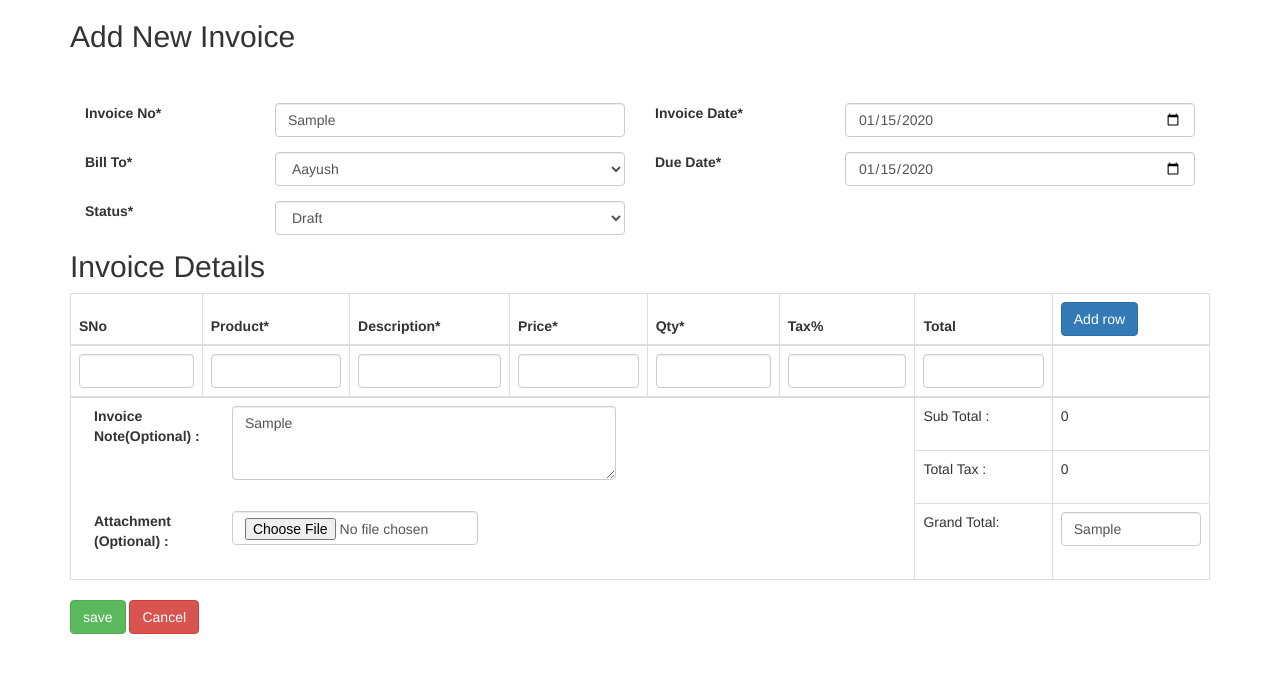
Repository: Aayush13013/Invoice_Management_app
Page: http://localhost/invoiceInfo/WEB-INF/jsp/new_invoiceInfo.jsp
The author's editor kept a copy of each file at every save. The page is drawn from the files as they stood at one save, then again after the next save.
The browser window is 1280 px wide. The pictures show the whole page.
Empty fields were first filled with sample values (such as "Sample", 5 or name@example.com).
After loading, the first visible `input.btn` was clicked once.
The page is served by Tomcat 9. Nobody is signed in. Other server files are loaded and not shown. The template is opened directly, without the code that normally fills it, so the values that code supplies are empty.

Above is the page before, as saved 2021-12-28 06:01:05.

### invoiceInfo/invoiceInfo/src/main/webapp/WEB-INF/jsp/new_invoiceInfo.jsp
<%@ page language="java" contentType="text/html; charset=ISO-8859-1"
	pageEncoding="ISO-8859-1"%>
<%@ taglib prefix="form" uri="http://www.springframework.org/tags/form"%>
<%@ taglib prefix="c" uri="http://java.sun.com/jsp/jstl/core"%>


<!DOCTYPE html>
<html>

<head>
<meta charset="ISO-8859-1">
<title>Add New Invoice</title>

<link rel="stylesheet"
	href="https://maxcdn.bootstrapcdn.com/bootstrap/3.4.1/css/bootstrap.min.css">



</head>

<body>
	<script>
	 function addRows() {
         var table = document.getElementById("myTable");
         var table_len = (table.rows.length) - 1;
         console.log(table_len);
         var row = table.insertRow(table_len).outerHTML = "<tr id='row" + table_len + "'> " +

             "<td id='auto_id" + table_len + "'><input type='text' name='auto_id" + table_len + "' class='form-control' '></td> " +
             "<td id='product" + table_len + "'><input type='text'   name='product" + table_len + "' class='form-control' ></td> " +
             "<td id='description" + table_len + "'><input type='text'  name='description" + table_len + "' class='form-control' ></td> " +
             "<td id='price" + table_len + "' ><input type='text'  name='price" + table_len + "' class='form-control' ></td> " +
             "<td id='qty" + table_len + "' ><input type='text'  name='qty" + table_len + "' class='form-control' ></td> " +
             "<td id='tax" + table_len + "' ><input type='text'  name='tax" + table_len + "' id='taxval" + table_len + "' class='form-control' ></td> " +
             "<td id='total" + table_len + "' ><input type='text'  name='total" + table_len + "' id='totval" + table_len + "' class='form-control' ></td> " +

             "<td><i class='fa fa-trash' style='font-size:24px' onclick='delete_row3(" + table_len + ")'> </i></td> " +
             "</tr>";
     }
		/* function addRows(id) {
			var table = document.getElementById(id);
			var array = [ "Computer", "Mobile", "PenDrive", "Mouse" ];

			var rowCount = table.rows.length;
			var row = table.insertRow(rowCount);
			var counts = rowCount - 1;

			var cell0 = row.insertCell(0);
			cell0.innerHTML = rowCount + 1;

			var cell1 = row.insertCell(1);
			var element1 = document.createElement("select");
			element1.name = "listOfProducts[" + counts + "].productName";
			for (var i = 0; i < array.length; i++) {
				var option = document.createElement("option");
				option.value = array[i];
				option.text = array[i];
				element1.appendChild(option);
			}
			element1.required = "required";
			cell1.appendChild(element1);

			var cell2 = row.insertCell(2);
			var element2 = document.createElement("textarea");
			element2.type = "text";
			element2.name = "listOfProducts[" + counts + "].description";
			element2.required = "required";
			cell2.appendChild(element2);

			var cell3 = row.insertCell(3);
			var element3 = document.createElement("input");
			element3.type = "number";
			element3.name = "listOfProducts[" + counts + "].price";
			element3.required = "required";
			cell3.appendChild(element3);

			var cell4 = row.insertCell(4);
			var element4 = document.createElement("input");
			element4.type = "number";
			element4.name = "listOfProducts[" + counts + "].qty";
			element4.required = "required";
			cell4.appendChild(element4);

			var cell5 = row.insertCell(5);
			var element5 = document.createElement("input");
			element5.type = "number";
			element5.name = "listOfProducts[" + counts + "].taxPercent";
			element5.required = "required";
			cell5.appendChild(element5);

			var cell6 = row.insertCell(6);
			var element6 = document.createElement("input");
			element6.type = "number";
			element6.name = "listOfProducts[" + counts + "].total";
			element6.required = "required";
			cell6.appendChild(element6);

			var cell7 = row.insertCell(7);
			var element7 = document.createElement("input");
			element7.type = "button";
			element7.value = "Delete Row";
			element7.onclick = deleteRows('myTable');
			cell7.appendChild(element7);

		} */
	</script>
	<div class="container">

		<h2>Add New Invoice</h2>
		<br>



		<form:form action="/saveInvoice" modelAttribute="invoiceInfo"
			method="POST">
			<form:hidden path="id" placeholder="id" class="form-control " />
			<div class="form-row">
				<div class="form-group col-md-2">
					<label>Invoice No*</label>
				</div>
				<div class="form-group col-md-4">
					<form:input type="text" path="invoiceNo" placeholder="invoiceNo"
						required="required" class="form-control" />
				</div>
				<div class="form-group col-md-2">
					<label>Invoice Date*</label>

				</div>
				<div class="form-group col-md-4">
					<form:input type="date" path="invoiceDate"
						placeholder="invoiceDate" class="form-control " />
				</div>
			</div>
			<div class="form-row">
				<div class="form-group col-md-2">
					<label>Bill To*</label>

				</div>
				<div class="form-group col-md-4">
					<form:select path="billTo" class="form-control" required="required">
						<optgroup label="Select_Customer">
							<form:option value="Aayush"></form:option>
							<form:option value="Shridhar"></form:option>
							<form:option value="Suneel"></form:option>
							<form:option value="Lekhana"></form:option>
						</optgroup>
					</form:select>
				</div>
				<div class="form-group col-md-2">
					<label>Due Date*</label>

				</div>

				<div class="form-group col-md-4">
					<form:input type="date" path="dueDate" placeholder="dueDate"
						class="form-control " />
				</div>
			</div>
			<div class="form-row">
				<div class="form-group col-md-2">
					<label>Status*</label>

				</div>
				<div class="form-group col-md-4">
					<form:select path="status" class="form-control">
						<optgroup label="Select_Status">
							<form:option value="Draft"></form:option>
							<form:option value="Sent"></form:option>
							<form:option value="Paid"></form:option>
						</optgroup>
					</form:select>
				</div>
				<div class="form-group col-md-2">
					<label hidden>** :</label>
				</div>
				<div class="form-group col-md-4">
					<input type="text" class="form-control" style="visibility: hidden;">
				</div>
			</div>


			<div class="form-row">
				<h2>Invoice Details</h2>

				<table class="table table-bordered">
					<thead>
						<tr>
							<th>SNo</th>
							<th>Product*</th>
							<th>Description*</th>
							<th>Price*</th>
							<th>Qty*</th>
							<th>Tax%</th>
							<th>Total</th>
							<th><input type="button" value="Add row"
								class="btn btn-primary" onclick="addRows('myTable')" /></th>
						</tr>

					</thead>
					<tbody id="myTable">

					</tbody>
					<tr>
						<td colspan="6" rowspan="2">
							<div class="form-group  col-md-2">
								<label>Invoice Note(Optional) :</label>
							</div>
							<div class="form-group   col-md-6">
								<textarea class="form-control rounded-0" name="invoiceNote"
									id="invoiceNote" rows="3" maxlength="1000"
									placeholder="Invoice Note"></textarea>
							</div>
						</td>
						<td>Sub Total :</td>
						<td><span path="subTotal" name="subTotal" id="subTotal">0</span></td>
					</tr>
					<tr>
						<td>Total Tax :</td>
						<td><span path="totalTax" name="totalTax" id="totalTax">0</span></td>
					</tr>
					<tr>
						<td colspan="6" style="border-top: hidden">
							<div class="form-group  col-md-2">
								<label>Attachment (Optional) :</label>
							</div>
							<div class="form-group col-md-4">
								<input type="file" name="file" path="file"
									placeholder="Attachment" id="file" class="form-control">
							</div>
						</td>
						<td>Grand Total:</td>
						<td><input type="text" path="grandTotal" name="grandTotal"
							id="grandTotal" class="form-control col-4 mb-4" /></td>
					</tr>

				</table>
			</div>

			<input type="submit" value="save" class="btn btn-success" />
			<button type="clear" class="btn btn-danger">Cancel</button>
		</form:form>
	</div>
</body>

</html>

After the next save:
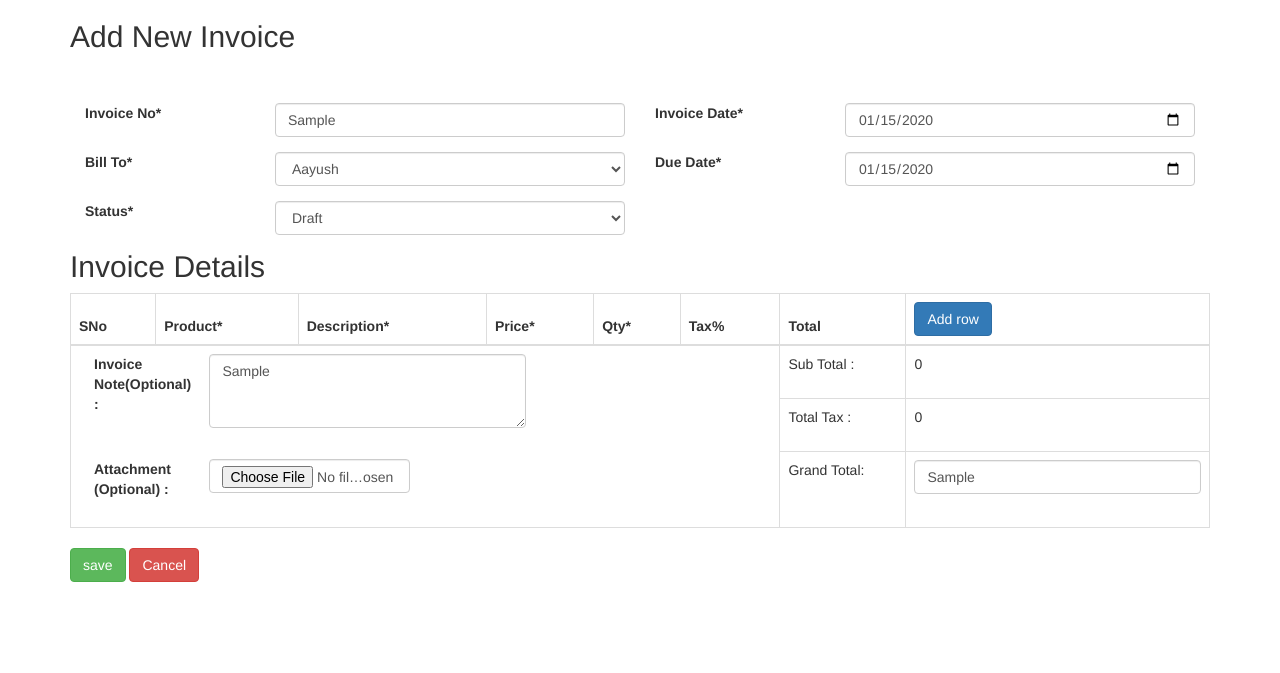
Console error: ReferenceError: table_len is not defined
Saved 90 s later.
--- a/invoiceInfo/invoiceInfo/src/main/webapp/WEB-INF/jsp/new_invoiceInfo.jsp
+++ b/invoiceInfo/invoiceInfo/src/main/webapp/WEB-INF/jsp/new_invoiceInfo.jsp
@@ -22,7 +22,7 @@
 	<script>
 	 function addRows() {
          var table = document.getElementById("myTable");
-         var table_len = (table.rows.length) - 1;
+         var rowCount = (table.rows.length) - 1;
          console.log(table_len);
          var row = table.insertRow(table_len).outerHTML = "<tr id='row" + table_len + "'> " +
 
